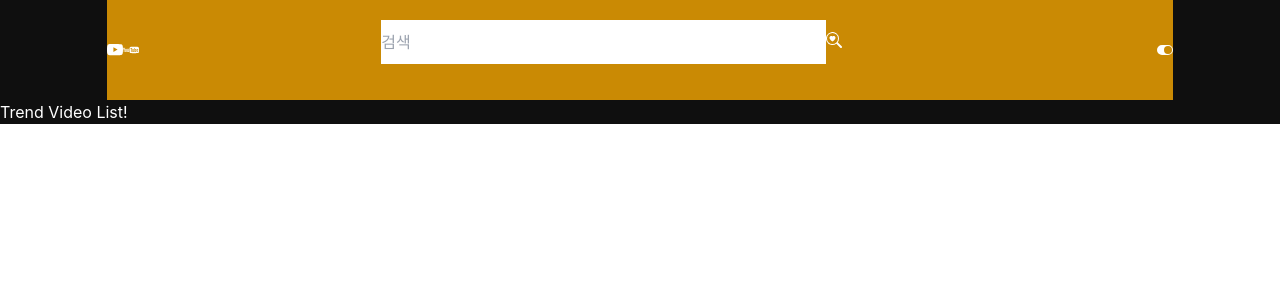
Repository: dnjfht/self-youtube
Page: /
The author's editor kept a copy of each file at every save. The page is drawn from the files as they stood at one save, then again after the next save.
The browser window is 1280 px wide. The pictures show the whole page.
The project was rebuilt for these pictures with package versions that can differ from the ones it lists, and the page was loaded fresh each time. Also part of the build but not shown: src/page/Detail.jsx, src/page/NotFoundPage.jsx.

Above is the page before, as saved 2023-06-23 15:32:58.

### src/App.js
import { RouterProvider, createBrowserRouter } from "react-router-dom";
import Videos from "./page/Videos";
import Root from "./page/Root";
import Detail from "./page/Detail";
import NotFoundPage from "./page/NotFoundPage";

function App() {
  const router = createBrowserRouter([
    {
      path: "/",
      element: <Root />,
      children: [
        { index: true, element: <Videos /> },
        { path: "/videos", element: <Videos /> },
        { path: "/videos/:keyword", element: <Videos /> },
        { path: "/videos/watch/:videoId", element: <Detail /> },
        { path: "*", element: <NotFoundPage /> },
      ],
    },
  ]);
  return <RouterProvider router={router} />;
}

export default App;

### src/page/Videos.jsx
import React, { useContext } from "react";
import { useParams } from "react-router-dom";
import { DarkModeContext } from "../context/DarkModeContext";

export default function Home() {
  const { keyword } = useParams();
  console.log(keyword);

  const { darkMode } = useContext(DarkModeContext);

  return (
    <div
      className={`${
        darkMode ? "bg-[#0f0f0f] text-white" : "bg-[#ffc2c29c] text-[#282828]"
      }`}
    >
      <h2>{keyword ? `${keyword} Video List!` : "Trend Video List!"}</h2>
    </div>
  );
}

### src/page/Root.jsx
import React from "react";
import Navbar from "../components/Navbar";
import { Outlet } from "react-router-dom";
import { DarkModeProvider } from "../context/DarkModeContext";

export default function Root() {
  return (
    <DarkModeProvider>
      <div>
        <Navbar />
        <Outlet />
      </div>
    </DarkModeProvider>
  );
}

### src/context/DarkModeContext.js
import { createContext, useState } from "react";

export const DarkModeContext = createContext();

export function DarkModeProvider({ children }) {
  const [darkMode, setDarkMode] = useState(true);

  const toggleDarkMode = () => {
    setDarkMode((prev) => !prev);
  };

  return (
    <DarkModeContext.Provider value={{ darkMode, toggleDarkMode }}>
      {children}
    </DarkModeContext.Provider>
  );
}

### src/components/Navbar.jsx
import React, { useContext, useState } from "react";
import {
  BsYoutube,
  BsSearchHeart,
  BsToggleOff,
  BsToggleOn,
} from "react-icons/bs";
import { ImYoutube2 } from "react-icons/im";
import { DarkModeContext } from "../context/DarkModeContext";
import { useNavigate } from "react-router-dom";

export default function Navbar() {
  const { darkMode, toggleDarkMode } = useContext(DarkModeContext);
  const [text, setText] = useState("");
  console.log(text);

  const navigate = useNavigate();

  return (
    <div
      className={`${
        darkMode ? "bg-[#0f0f0f] text-white" : "bg-[#ffc2c29c] text-[#282828]"
      } w-full h-[100px]`}
    >
      <div className="w-10/12 h-[100%] py-[20px] box-border mx-auto flex justify-between items-center bg-yellow-600">
        <div className="flex">
          <BsYoutube />
          <ImYoutube2 />
        </div>

        <form
          className="w-6/12 h-[100%]"
          onSubmit={(e) => {
            e.preventDefault();
            navigate(`/videos/${text}`);
          }}
        >
          <input
            className="w-5/6 h-[44px]"
            type="text"
            placeholder="검색"
            onChange={(e) => {
              setText(e.target.value);
            }}
          />
          <button>
            <BsSearchHeart />
          </button>
        </form>

        <button onClick={toggleDarkMode}>
          {darkMode ? <BsToggleOn /> : <BsToggleOff />}
        </button>
      </div>
    </div>
  );
}

Loaded but not shown: public/index.html (common file); src/index.js (common file); src/index.css (common file); src/reportWebVitals.js (common file); tailwind.config.js (common file)

After the next save:
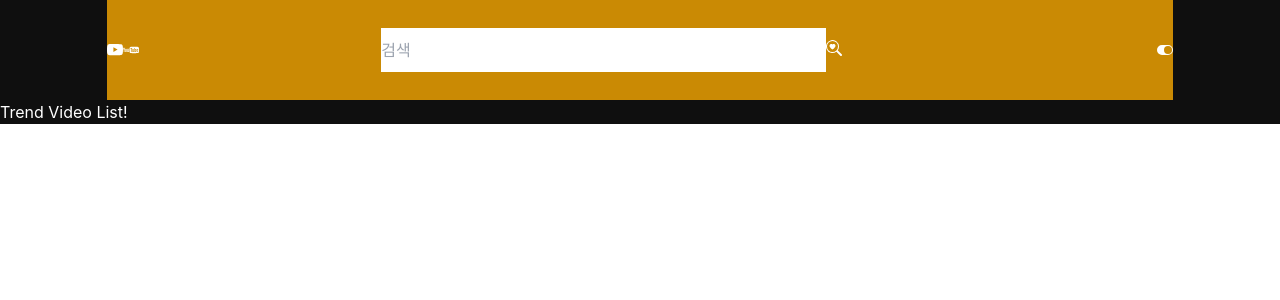
Saved 17 s later.
--- a/src/components/Navbar.jsx
+++ b/src/components/Navbar.jsx
@@ -29,14 +29,14 @@
         </div>
 
         <form
-          className="w-6/12 h-[100%]"
+          className="w-6/12 h-[44px]"
           onSubmit={(e) => {
             e.preventDefault();
             navigate(`/videos/${text}`);
           }}
         >
           <input
-            className="w-5/6 h-[44px]"
+            className="w-5/6 h-[100%]"
             type="text"
             placeholder="검색"
             onChange={(e) => {
